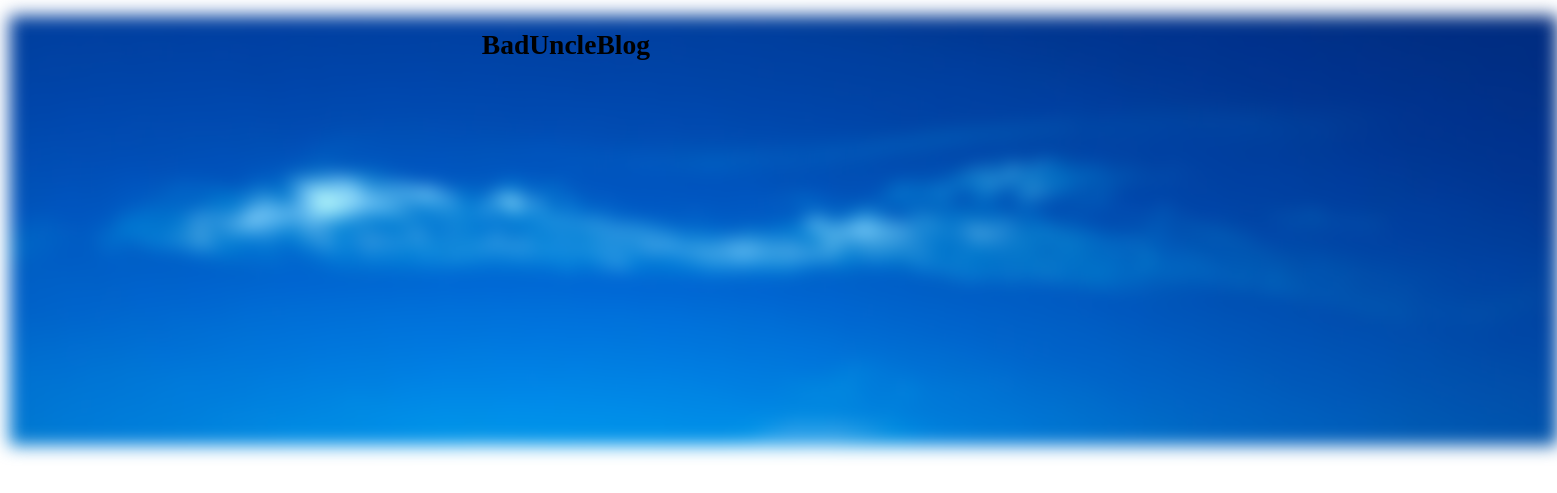
Repository: lidasi/monkeyLife
Page: http://localhost/monkeyLife/jsp/topbar.jsp
An editor plug-in stored every save of this project. The page is shown before and after the next save, followed by the edit.
The browser window is 1280 px wide. The page is 1811 px wide, so the pictures cover 1811 px, including what lies to the right of the window. The pictures show the whole page, at 86% of full size.
The page is served by Tomcat 9.

Above is the page before, as saved 2017-07-13 07:26:02.

### workSpeaces/monkeyLife/WebContent/css/top.css
@CHARSET "UTF-8";
#div-relative{position:relative;
	width:100%;
	height:200px}
#backgroundImage{
	position:absolute;
	left:3px;
	top:10px;
/*    border: 1px solid #CCCCCC;
    padding:90px 5px 10px;*/
    background: url("../image/dock/backgroundImage.jpg") no-repeat;
    background-size: cover;
    -webkit-filter: blur(10px);
    -ms-filter: blur(10px);
    filter: progid:DXImageTransform.Microsoft.Blur(PixelRadius=10, MakeShadow=false);
    animation:mymove 5s infinite;
    -webkit-animation:mymove 5s infinite;
}
 @keyframes mymove
{
    0%   {top:10px; background:url("../image/dock/backgroundImage.jpg"); position:absolute;}
    50% {top:10px; background:url("../image/dock/background_001.jpg"); position:absolute;}
    100% {top:10px; background:url("../image/dock/backgroundImage.jpg"); position:absolute;}
}

@-webkit-keyframes mymove
{
    0%   {top:0px; background:url("../image/dock/backgroundImage.jpg" position:absolute;);
    }
    50%   {top:0px; background:url("../image/dock/background_001.jpg" position:absolute;);
    }
    100% {top:0px; background:url("../image/dock/backgroundImage.jpg" position:absolute;);
    }
}
#title{
	position:absolute;
	left:100px;
	top:5px; width: 1100px; height: 300px; text-align: center;
}

Loaded but not shown: workSpeaces/monkeyLife/WebContent/jsp/topbar.jsp (common file); workSpeaces/monkeyLife/WebContent/js/jquery.min.js (library)

After the next save:
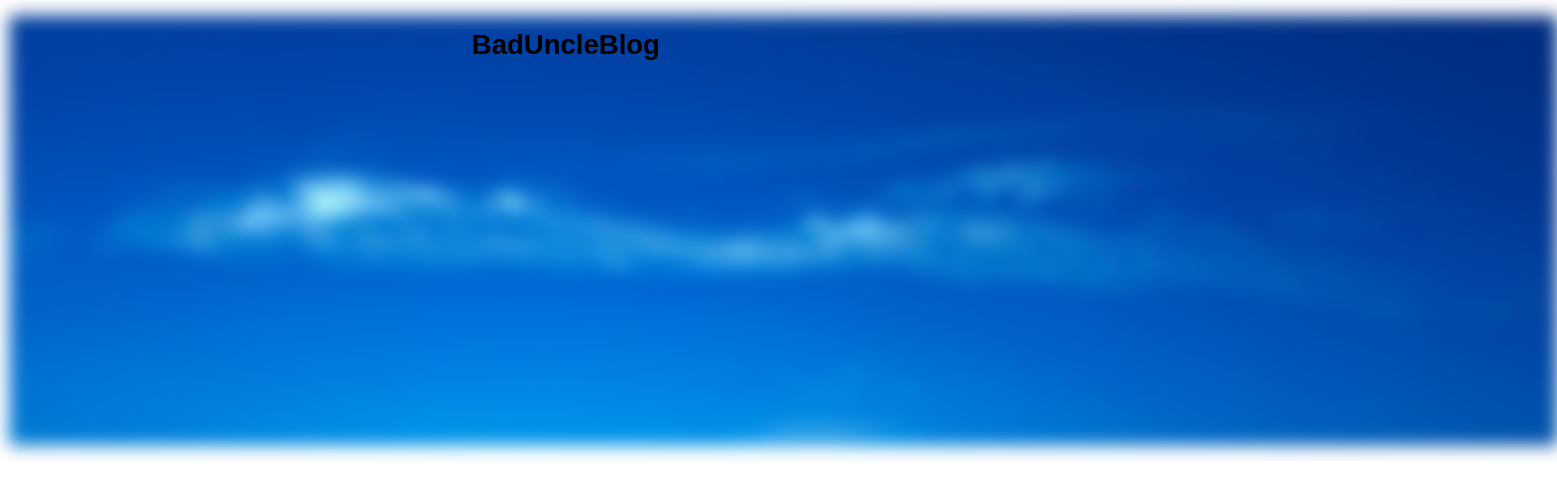
Saved 25 s later.
--- a/workSpeaces/monkeyLife/WebContent/css/top.css
+++ b/workSpeaces/monkeyLife/WebContent/css/top.css
@@ -35,5 +35,9 @@
 #title{
 	position:absolute;
 	left:100px;
-	top:5px; width: 1100px; height: 300px; text-align: center;
+	top:5px;
+	width: 1100px;
+	height: 300px;
+	text-align: center;
+	font-family: sans-serif;
 }
